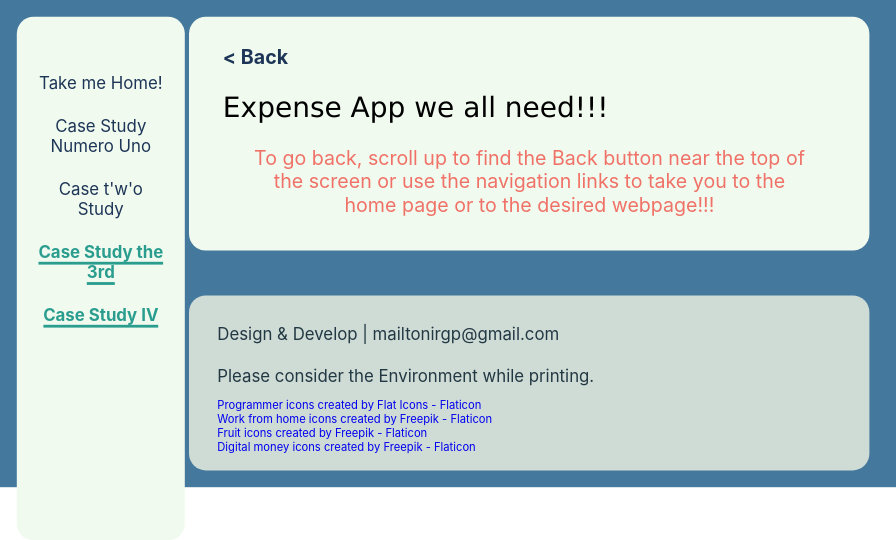
Repository: niranjangp/portfolioReact
Page: /cs-three
An editor plug-in stored every save of this project. The page is shown before and after the next save, followed by the edit.
The browser window is 1280 px wide. The pictures show the part of the page from y = 0 to 1920 px (the page is 772 px tall before and 3665 px after), at 70% of full size.
The project was rebuilt for these pictures with package versions that can differ from the ones it lists, and the page was loaded fresh each time. Also part of the build but not shown: src/pages/enterDesign.jsx, src/pages/csOne.jsx, src/pages/csTwo.jsx, src/pages/notFound.jsx.

Above is the page before, as saved 2022-02-01 17:55:58.

### public/index.html
<!DOCTYPE html>
<html lang="en">
  <head>
    <meta charset="utf-8" />
    <!--<link rel="icon" href="%PUBLIC_URL%/favicon.ico" />-->
    <meta name="viewport" content="width=device-width, initial-scale=1" />
    <meta name="theme-color" content="#000000" />
    <meta
      name="description"
      content="Web site created using create-react-app"
    />
    <!--<link rel="apple-touch-icon" href="%PUBLIC_URL%/logo192.png" />-->
    <!--
      manifest.json provides metadata used when your web app is installed on a
      user's mobile device or desktop. See https://developers.google.com/web/fundamentals/web-app-manifest/
    -->
    <link rel="manifest" href="%PUBLIC_URL%/manifest.json" />
    <!--
      Notice the use of %PUBLIC_URL% in the tags above.
      It will be replaced with the URL of the `public` folder during the build.
      Only files inside the `public` folder can be referenced from the HTML.

      Unlike "/favicon.ico" or "favicon.ico", "%PUBLIC_URL%/favicon.ico" will
      work correctly both with client-side routing and a non-root public URL.
      Learn how to configure a non-root public URL by running `npm run build`.
    -->
    <title>Portfolio</title>
  </head>
  <body>
    <noscript>You need to enable JavaScript to run this app.</noscript>
    <div id="root"></div>
    <!--
      This HTML file is a template.
      If you open it directly in the browser, you will see an empty page.

      You can add webfonts, meta tags, or analytics to this file.
      The build step will place the bundled scripts into the <body> tag.

      To begin the development, run `npm start` or `yarn start`.
      To create a production bundle, use `npm run build` or `yarn build`.
    -->
  </body>
</html>

### src/index.css
body {
  margin: 0;
  font-family: -apple-system, BlinkMacSystemFont, 'Segoe UI', 'Roboto', 'Oxygen',
    'Ubuntu', 'Cantarell', 'Fira Sans', 'Droid Sans', 'Helvetica Neue',
    sans-serif;
  -webkit-font-smoothing: antialiased;
  -moz-osx-font-smoothing: grayscale;
  box-sizing: border-box;
}

code {
  font-family: source-code-pro, Menlo, Monaco, Consolas, 'Courier New',
    monospace;
}

p {
  margin: 0;
}

### src/App.js
import './App.css';

import { Route, NavLink, Switch, Redirect } from 'react-router-dom';
import EnterTheDesign from './pages/enterDesign';
import CSOne from './pages/csOne';
import CSTwo from './pages/csTwo';
import CSThree from './pages/csThree';
import NotFound from './pages/notFound';

function App() {
  const flatIconLink = "https://www.flaticon.com/free-icons/programmer";
  const wfhIconLink = "https://www.flaticon.com/free-icons/work-from-home";


  return (
    <div className='App'>
      <div className="containerOne">
        <nav className='navigation'>
          <div className='navDiv'>
            <NavLink activeClassName="nav-link active" className="nav-link" to="/enter-the-design">Take me Home!</NavLink>
          </div>
          <div className='navDiv'>
            <NavLink activeClassName="nav-link active" className="nav-link" to="/cs-one">Case Study Numero Uno</NavLink>
          </div>
          <div className='navDiv'>
            <NavLink activeClassName="nav-link active" className="nav-link" to="/cs-two">Case t'w'o Study</NavLink>
          </div>
          <div className='navDiv'>
            <NavLink activeClassName="nav-link active" className="nav-link" to="/cs-three">Case Study the 3rd</NavLink>
          </div>
          <div className='navDiv'>
            <NavLink activeClassName="nav-link active" className="nav-link" to="/cs-three">Case Study IV</NavLink>
          </div>
        </nav>
        <main className='mainOne'>
          <Switch>
            <Route exact path="/" ><Redirect to="/enter-the-design" /></Route>
            <Route path="/enter-the-design" ><EnterTheDesign /></Route>
            <Route exact path="/cs-one" ><CSOne /></Route>
            <Route exact path="/cs-two" ><CSTwo /></Route>
            <Route exact path="/cs-three"><CSThree /></Route>

            <Route path="*"><NotFound /></Route>
          </Switch>
          {/*<div className='firstRow'>
            <div className="width-60">
              <p className='fr-info'>NIRANJAN G P, IS A UI DEVELOPER AT DELOITTE USI</p>
            </div>
            <div className="width-40 img-block">
              <img src={avatarIcon} alt="avatar-icon" className='avtr-img' />
            </div>
          </div>
          <div className='sec-row'>
            <p>Hi, this is Niranjan.</p>
            <p>I Joined Deloitte USI as a campus recruit. Since then I've been part of many innovative and high-intensity projects, coordinating between multiple virtual teams to help complete client deliverables.</p>
            <p>I've been part of the FRONT-END community since 2017 and constantly learning and developing UI and gradually having a go at UX design parallely.</p>
            <p>Currently based in Bengaluru, I have a big love for travel and adventure, also keeping in mind to do my bit to conserve the environment.</p>
            <p>Thanks for stopping by.</p>
          </div>*/}

        </main>
        <footer>
          <div className='footer-info'>
            {/*<p>Niranjan G P</p>*/}
            <p>Design & Develop    |   mailtonirgp@gmail.com</p>
            <p>Please consider the Environment while printing.</p>
          </div>
          <div className='credits'>
            <a href={flatIconLink} title="programmer icons">Programmer icons created by Flat Icons - Flaticon</a>
            <a href={wfhIconLink} title="work from home icons">Work from home icons created by Freepik - Flaticon</a>
            <a href="https://www.flaticon.com/free-icons/fruit" title="fruit icons">Fruit icons created by Freepik - Flaticon</a>
            <a href="https://www.flaticon.com/free-icons/digital-money" title="digital money icons">Digital money icons created by Freepik - Flaticon</a>
          </div>
        </footer>
      </div>

    </div>
  );
}

export default App;

### src/App.css
.containerOne {
  background-color: #45789d;
  padding: 24px;
  position: relative;
}

.mainOne {
  width: 75%;
  margin-left: 20%;
  background-color: #F1FAEE;
  height: 100%;
  border-radius: 1.5rem;
  padding: 24px;
}

.navigation {
  position: absolute;
  top: 24px;
  left: 24px;
  width: 15%;
  height: 660px;
  background-color: #F1FAEE;
  border-radius: 1.5rem;
  padding: 64px 24px 24px;
}

.navDiv {
  padding: 16px 0;
  text-align: center;
}

.nav-link {
  font-size: 24px;
  text-decoration: none;
  color: #1d3557;
}

.nav-link.active {
  color: #2a9d8f;
  font-weight: bold;
  border-bottom: 4px solid #2a9d8f;
}

.fr-info {
  font-size: 3rem;
  font-family: 'Gill Sans', 'Gill Sans MT', Calibri, 'Trebuchet MS', sans-serif;
  padding: 24px 24px 24px 48px;
  color: #1d3557;
}

.firstRow {
  display: flex;
  align-items: center;
  padding: 64px 0;
}

.width-60 {
  width: 60%;
}

.width-40 {
  width: 40%;
}

.fullWidth {
  width: 100%;
}

.img-block {
  text-align: center;
}

.sec-row {
  background-color: #1d3557;
  color: #f1faee;
  border-radius: 0.75rem;
  padding: 64px;
  font-family: 'Lucida Sans', 'Lucida Sans Regular', 'Lucida Grande', 'Lucida Sans Unicode', Geneva, Verdana, sans-serif;
  font-size: 28px;
  text-align: justify;
}

.sec-row p {
  padding: 16px;
}

.centered {
  margin: 3rem auto;
  text-align: center;
  display: flex;
  justify-content: center;
  align-items: center;
}

.linkSel {
  text-decoration: underline;
  font-weight: bold;
}

.third-row {
  display: flex;
  flex-wrap: wrap;
  padding: 96px 24px 0;
}

.card-box {
  width: 50%;
  text-align: center;
  height: 600px;
}

.card {
  width: 400px;
  height: 450px;
  background-color: #ffddd2;
  border-radius: 20px;
  box-shadow: 4px 4px 4px 4px rgba(0, 0, 0, 0.2);
  margin: 3rem auto;
  flex-grow: 1;
  flex-shrink: 1;
  transition: width 500ms ease 0s;
}

.card:hover {
  box-shadow: 4px 4px 4px 8px rgba(0, 0, 0, 0.2);
  width: 420px;
  height: 470px;
  cursor: pointer;
}

.card a {
  text-decoration: none;
}

.card p {
  font-size: 32px;
  padding: 24px;
  color: #1d3557;
  font-family: Verdana, Geneva, Tahoma, sans-serif;
}

.card-icon {
  width: 256px;
  margin-top: 40px;
}

.intro-cs {
  text-align: center;
  font-size: 40px;
  color: #1d3557;
  font-family: 'Trebuchet MS', 'Lucida Sans Unicode', 'Lucida Grande', 'Lucida Sans', Arial, sans-serif;
}

footer {
  width: 75%;
  margin-left: 20%;
  background-color: #cfdbd5;
  height: 100%;
  border-radius: 1.5rem;
  padding: 24px;
  margin-top: 64px;
  color: #223843;
}

.footer-info {
  font-size: 1.5rem;
}

.footer-info p {
  padding: 1rem;
}

.credits {
  padding-left: 16px;
}

.credits a {
  text-decoration: none;
  display: block;
}

.csOne {
  min-height: 660px;
  height: 100%;
  color: #1d3557;
}

.backLink {
  font-size: 28px;
  font-weight: bold;
  padding: 16px 16px 16px 24px;
}

.backLink a {
  text-decoration: none;
  color: #1d3557;

}

.csOneHeader, .csTwoHeader, .cs3Header {
  font-size: 40px;
  padding: 16px 16px 32px 24px;
}

.csOneBody {
  padding: 0 24px;
}

.csOneH {
  font-size: 32px;
  padding-bottom: 8px;
  border-bottom: 2px solid #1d3557;
  margin-bottom: 16px;
  display: inline-block;
}

.csOneC {
  font-size: 28px;
}

.pd-bt {
  padding-bottom: 48px;
}

.pd-bt-small {
  padding-bottom: 24px;
}

.clrp {
  width: 100px;
  height: 40px;
  border-top-right-radius: 20px;
  border-bottom-right-radius: 20px;
  margin-right: 24px;
}

.fir {
  background-color: #0070D2;
}

.sec {
  background-color: #16325C;
}

.thi {
  background-color: #526173;
}

.fou {
  font-family: sans-serif;
  padding-right: 24px;
}

.dp-flx {
  display: flex;
  margin: 16px 40px;
  align-items: center;
}

.flx-bx {
  display: flex;
  align-items: center;
  justify-content: space-evenly;
  margin-bottom: 48px;
}

.flx-bx div {
  font-size: 32px;
}

.mrDesk {
  width: 800px;
}

.last-text {
  font-size: 28px;
  color: #f07167;
  margin: 0 64px 24px;
  text-align: center;
}

.csTwo {
  font-family: 'Franklin Gothic Medium', 'Arial Narrow', Arial, sans-serif;
}

.csTwoHeader {
  color: #e76f51;
}

.csTwoPara {
  color: #0081a7;
  font-size: 28px;
  padding-bottom: 8px;
}

.padd-div {
  padding: 16px 24px 56px;
}

.csTwoRowTwo {
  color: #c81d25;
  font-size: 32px;
  padding-bottom: 16px;
  border-bottom: 2px solid #c81d25;
  margin-bottom: 48px;
}

.textCen {
  text-align: center;
}

.screenName {
  font-size: 24px;
  width: 80%;
  margin: 0 auto;
  margin-bottom: 0px;
  background-color: #284b63;
  color: #fff;
  border-top-left-radius: 12px;
  border-top-right-radius: 12px;
  padding: 8px 0;
}

.scrIcon {
  width: 80%;
  margin: 8px 0 64px;
}

.cs3Header {
  font-family: 'Lucida Sans', 'Lucida Sans Regular', 'Lucida Grande', 'Lucida Sans Unicode', Geneva, Verdana, sans-serif;
}




/*.containerOne {
  background-color: #F1FAEE;
}
.mainOne {
  background-color: #a8dadc;
  width: 75%;
  margin-left: 20%;
  /-*background-color: #45789d;*-/
  height: 660px;
}

.p1 {
  color: #1d3557;
}
.p2 {
  color: #f1faee;
}*/

/*.App-logo {
  height: 40vmin;
  pointer-events: none;
}

@media (prefers-reduced-motion: no-preference) {
  .App-logo {
    animation: App-logo-spin infinite 20s linear;
  }
}

.App-header {
  background-color: #282c34;
  min-height: 100vh;
  display: flex;
  flex-direction: column;
  align-items: center;
  justify-content: center;
  font-size: calc(10px + 2vmin);
  color: white;
}

.App-link {
  color: #61dafb;
}*/

@keyframes App-logo-spin {
  from {
    transform: rotate(0deg);
  }

  to {
    transform: rotate(360deg);
  }
}

### src/pages/csThree.jsx
import React from 'react';
import { Link } from 'react-router-dom';
//import FoaHome from '../assets/foaHome.JPG';


const csThree = () => {
    return (
        <div className='cs3'>
            <div className="backLink"><Link to="/enter-the-design">{'< Back'}</Link></div>
            <div className='cs3Header'>Expense App we all need!!!</div>

            <div className="last-text">To go back, scroll up to find the Back button near the top of the screen or use the navigation links to take you to the home page or to the desired webpage!!!</div>
        </div>
    )
};

export default csThree;

Loaded but not shown: src/index.js (common file); src/reportWebVitals.js (common file)

After the next save:
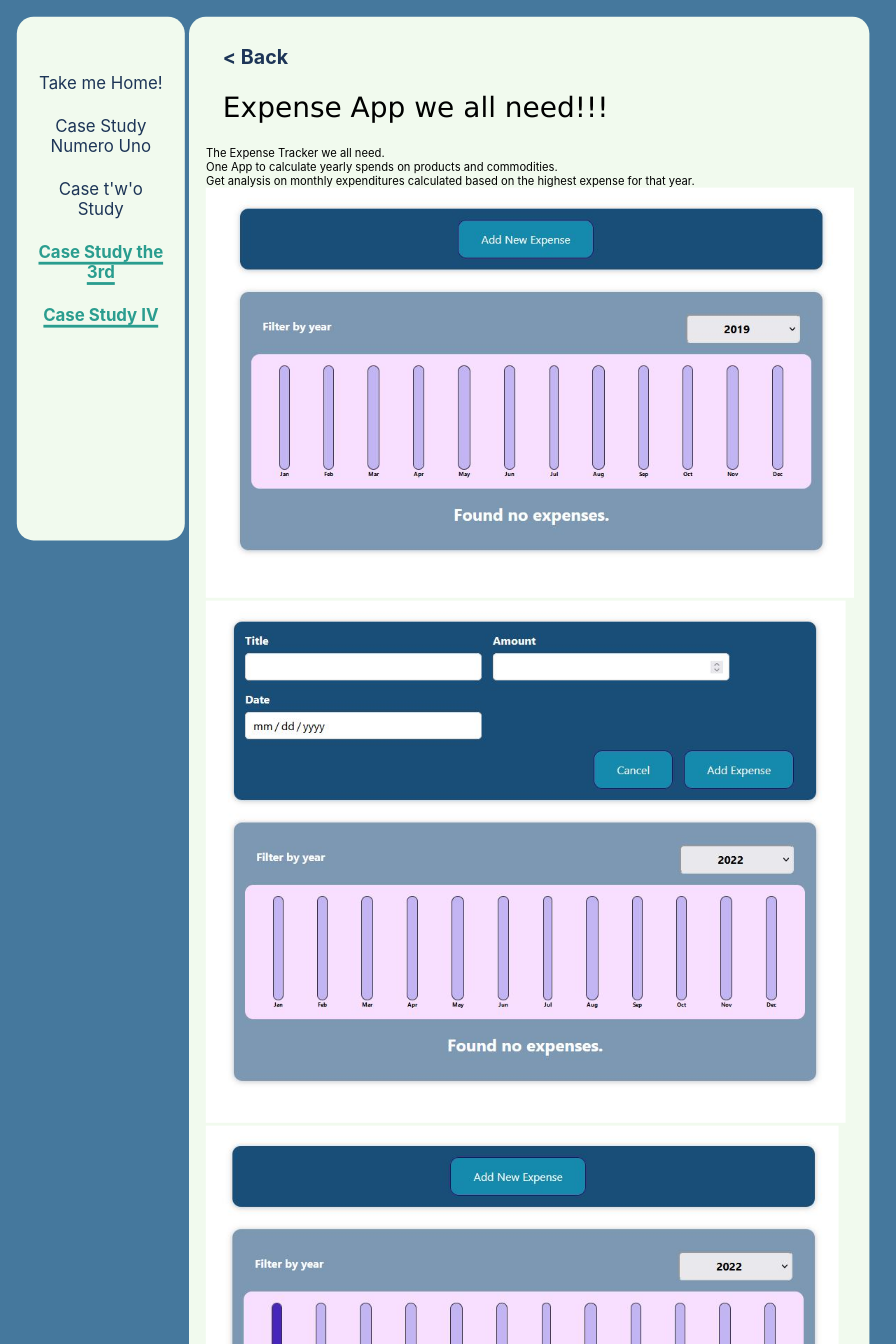
Saved 23 min 57 s later.
--- a/src/pages/csThree.jsx
+++ b/src/pages/csThree.jsx
@@ -1,6 +1,9 @@
 import React from 'react';
 import { Link } from 'react-router-dom';
-//import FoaHome from '../assets/foaHome.JPG';
+import ExpHome from '../assets/expHome.JPG';
+import AddExp from '../assets/addExp.JPG';
+import SingleExp from '../assets/singleExp.JPG';
+import MultiExp from '../assets/multiExp.JPG'
 
 
 const csThree = () => {
@@ -8,7 +11,23 @@ const csThree = () => {
         <div className='cs3'>
             <div className="backLink"><Link to="/enter-the-design">{'< Back'}</Link></div>
             <div className='cs3Header'>Expense App we all need!!!</div>
-
+            <div className="exp-body">
+                <div>
+                    <p className="exp=para">The Expense Tracker we all need.</p>
+                    <p className="exp=para">One App to calculate yearly spends on products and commodities.</p>
+                    <p className="exp=para">Get analysis on monthly expenditures calculated based on the highest expense for that year.</p>
+                </div>
+                <div>
+                    <div><img src={ExpHome} alt="expense-home" /></div>
+                    <div><img src={AddExp} alt="add-expense" /></div>
+                    <div><img src={SingleExp} alt="single-exp" /></div>
+                    <div><img src={MultiExp} alt="multi-exp" /></div>
+                </div>
+                <div>
+                    <p className="exp=para">The design is card and container based and darker hues are used for color schemes.</p>
+                    <p className="exp=para">App is built using ReactJS, implementing CSS design guidelines too.</p>
+                </div>
+            </div>
             <div className="last-text">To go back, scroll up to find the Back button near the top of the screen or use the navigation links to take you to the home page or to the desired webpage!!!</div>
         </div>
     )
